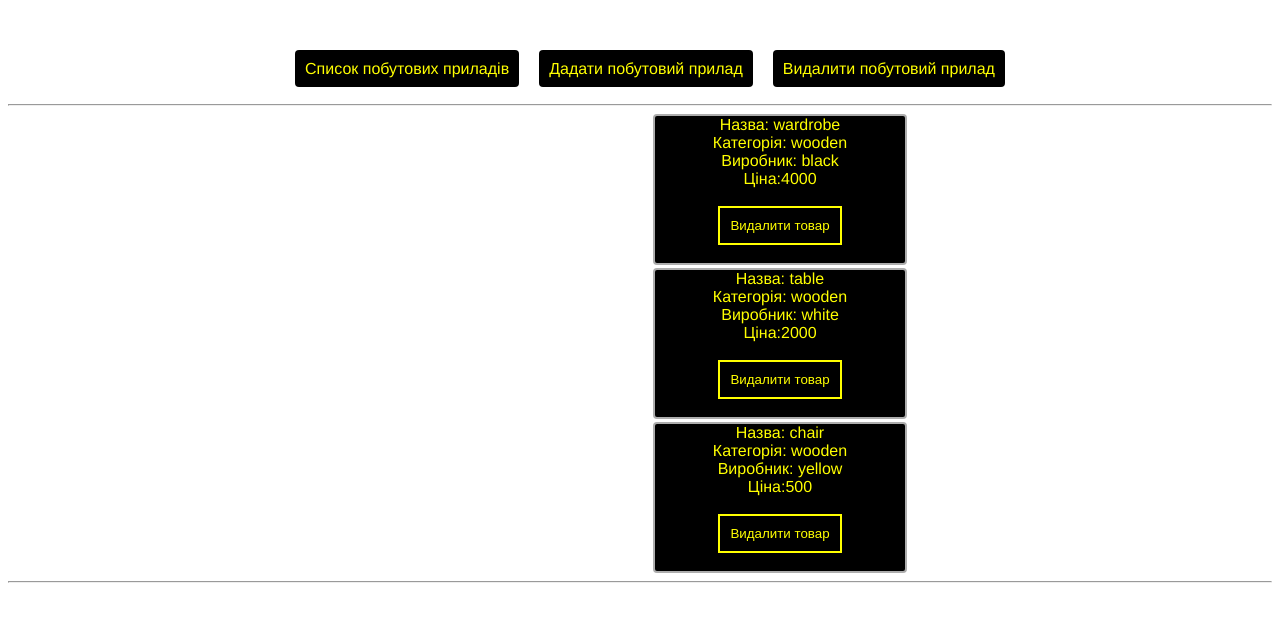
Repository: KYUUBI-K/Labs-from-2-course-
Page: /#/ (app in mkr2-v5/)
These files come from the project's save history. The page is drawn as it stood at one moment and after the next save; the edit follows.
The browser window is 1280 px wide. The pictures show the whole page.
The project was rebuilt for these pictures with package versions that can differ from the ones it lists, and the page was loaded fresh each time. Also part of the build but not shown: mkr2-v5/src/pages/AddHouseholdGoods/index.vue.

Above is the page before, as saved 2021-12-21 11:14:19.

### mkr2-v5/src/main.js
import Vue from 'vue'
import App from './App.vue'
import VueRouter from 'vue-router'
import router from './router'
import store from './store'

Vue.use(VueRouter)
Vue.config.productionTip = false

new Vue({
  store,
  router,
  render: h => h(App),
}).$mount('#app')

### mkr2-v5/src/App.vue
<template>
  <div id="app">
    <div class="menu">
      <router-link to="/" class="pages">Список побутових приладів</router-link>
      <router-link to="/addHouseholdGoods" class="pages">Дадати побутовий прилад</router-link>
      <router-link to="/delateHouseholdGoods" class="pages">Видалити побутовий прилад</router-link>
    </div>
    <br>
    <hr>
    <div>
      <router-view></router-view>
    </div>
    <hr>
  </div>
</template>

<script>


export default {
  name: 'App',
  components: {

  }
}
</script>

<style>
#app {
  font-family: Avenir, Helvetica, Arial, sans-serif;
  -webkit-font-smoothing: antialiased;
  -moz-osx-font-smoothing: grayscale;
  text-align: center;
  color: #2c3e50;
  margin-top: 60px;
}

.pages {
  border-radius: 4px;
  background-color: black;
  margin-left: 20px;
  padding: 10px;
  color: yellow;
  text-decoration: none;
}
</style>

### mkr2-v5/src/router.js
import HouseholdGoodsList from "@/components/HouseholdGoodsList"
import AddHouseholdGoods from "@/pages/AddHouseholdGoods"
import VueRouter from "vue-router"

const routes = [
    {path: '/', component: HouseholdGoodsList},
    {path: '/addHouseholdGoods', component: AddHouseholdGoods},
]

const router = new VueRouter({routes})

export default router

### mkr2-v5/src/store/index.js
import Vue from 'vue'
import Vuex from 'vuex'

Vue.use(Vuex)

const store = new Vuex.Store({
    state: {
        householdGoodsList: [
            {
                name: 'wardrobe',
                category: 'wooden',
                producer: "black",
                price: 4000
            },
            {
                name: 'table',
                category: 'wooden',
                producer: "white",
                price: 2000
            },
            {
                name: 'chair',
                category: 'wooden',
                producer: "yellow",
                price: 500
            },
        ],
    },
    getters: {
        getHouseholdGoodsList: ({ householdGoodsList }) => householdGoodsList,
    },
    mutations: {
        addNewHouseholdGoods(state, dataObj) {
            state.householdGoodsList.push({
                ...dataObj
            })
        },
        delHouseholdGoods(state, name, category, producer, price) {
            state.householdGoodsList = state.householdGoodsList.filter(item=>(item.name != name))
            state.householdGoodsList = state.householdGoodsList.filter(item=>(item.category != category))
            state.householdGoodsList = state.householdGoodsList.filter(item=>(item.producer != producer))
            state.householdGoodsList = state.householdGoodsList.filter(item=>(item.price != price))
        },
    },
    actions: {
        addHouseholdGoods({commit}, data) {
            commit('addNewHouseholdGoods', data)
        },
        delateHouseholdGoods({commit}, data) {
            commit('delHouseholdGoods', data)
        },
    }
})

export default store

### mkr2-v5/src/components/HouseholdGoodsList/index.vue
<template>
    <div class="householdGoodsList">
        <household-goods-item v-for="householdGoods in getHouseholdGoodsList" :key="householdGoods.id"
            :householdGoods="householdGoods"
        />
    </div>
</template>

<script>
import HouseholdGoodsItem from "./HouseholdGoodsItem";
import { mapGetters } from "vuex"
    export default {
        name: 'HouseholdGoodsList',
        components: {
            HouseholdGoodsItem
        },
        computed: {
            ...mapGetters(['getHouseholdGoodsList'])
        },
    }
</script>

<style lang="css" scoped>
.householdGoodsList {
    margin-left: 642px;
}
</style>

### mkr2-v5/src/components/HouseholdGoodsList/HouseholdGoodsItem/index.vue
<template>
    <div class="householdGoods">
        <div>Назва: {{householdGoods.name}}<br> Категорія: {{householdGoods.category}}<br> Виробник: {{householdGoods.producer}}<br> Ціна:{{householdGoods.price}}<br><br> <button @click="delatehouseholdGoods">Видалити товар</button> <br> <br></div>
    </div>
</template>

<script>
import { mapActions } from "vuex";
    export default {
        name: 'HouseholdGoodsItem',
        props: {
            householdGoods: {
                type: Object,
                default: ()=>({})
            },
        },
        data() {
            return {

            }
        },
        methods: {
            ...mapActions(['delateHouseholdGoods']),
            delatehouseholdGoods() {
                this.delateHouseholdGoods(
                    this.householdGoods.name,
                    this.householdGoods.category,
                    this.householdGoods.producer,
                    this.householdGoods.price
                )
                this.$router.push({ path: '/' })
            }
        },
    }
</script>

<style lang="css" scoped>
.householdGoods {
    width: 250px;
    border: 2px solid rgb(173, 173, 173);
    margin: 3px;
    border-radius: 4px;
    color: yellow;
    background: black;
}

button {
    font-family: sans-serif;
    background: black;
    color: yellow;
    padding: 10px;
    border: 2px solid black;
    border-color: yellow;
}
</style>

Loaded but not shown: mkr2-v5/public/index.html (common file)

After the next save:
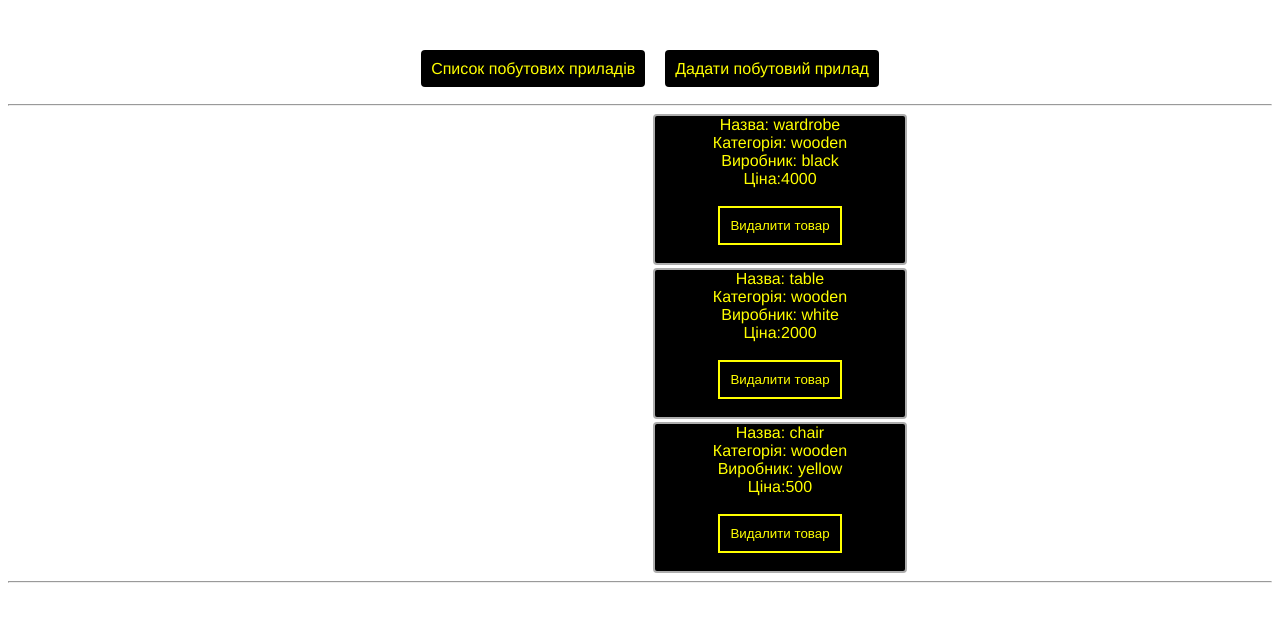
Saved 2 s later.
--- a/mkr2-v5/src/App.vue
+++ b/mkr2-v5/src/App.vue
@@ -3,7 +3,6 @@
     <div class="menu">
       <router-link to="/" class="pages">Список побутових приладів</router-link>
       <router-link to="/addHouseholdGoods" class="pages">Дадати побутовий прилад</router-link>
-      <router-link to="/delateHouseholdGoods" class="pages">Видалити побутовий прилад</router-link>
     </div>
     <br>
     <hr>
